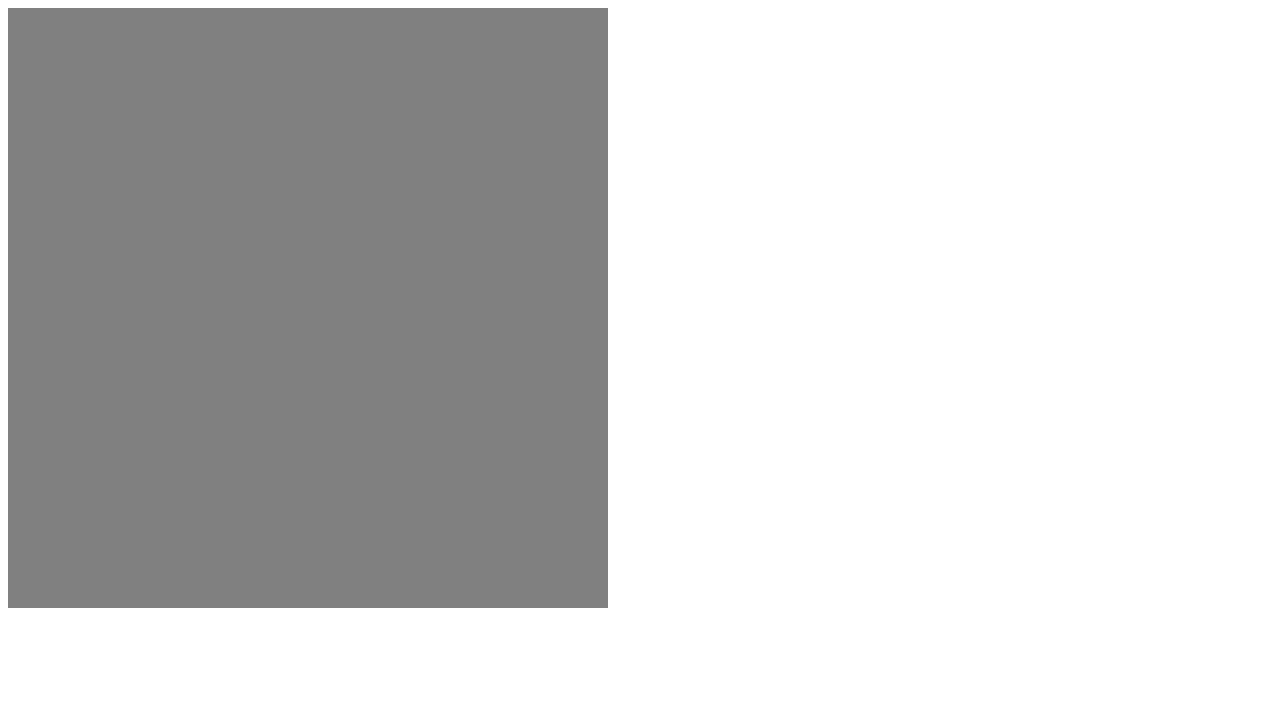
Repository: JoinGame-A36664/Build-House-WebGL
Page: index.html
An editor plug-in stored every save of this project. The page is shown before and after the next save, followed by the edit.
The browser window is 1280 px wide. The pictures show the whole page.

Above is the page before, as saved 2021-10-24 20:51:17.
Console error: TypeError: Cannot set properties of null (setting 'onchange')

After the next save:
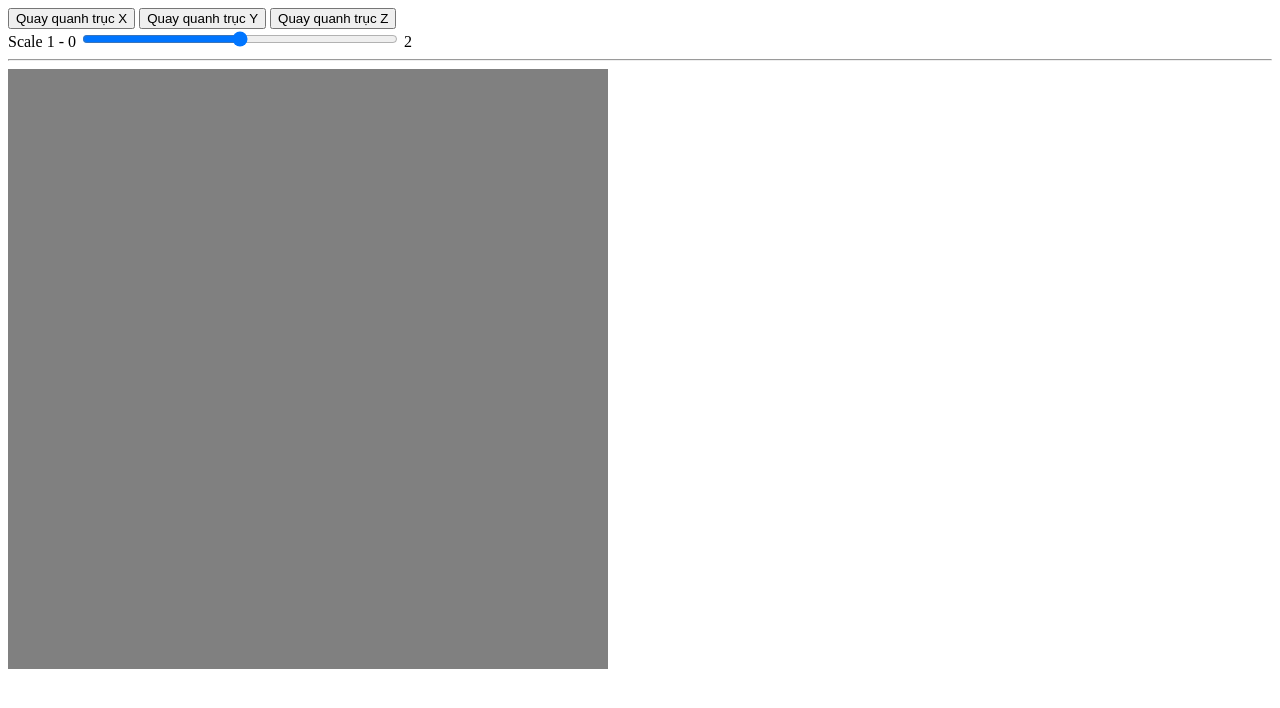
Saved 3 min 18 s later.
--- a/index.html
+++ b/index.html
@@ -33,6 +33,23 @@
 	</head>
 
 	<body>
+		<button id="turn-x">Quay quanh trục X</button>
+		<button id="turn-y">Quay quanh trục Y</button>
+		<button id="turn-z">Quay quanh trục Z</button>
+		<div>
+			Scale <span id="show-scale">1</span> - 0
+			<input
+				id="scale"
+				type="range"
+				min="0"
+				max="2"
+				step="0.1"
+				value="1.0"
+				style="width: 25%"
+			/>
+			2
+		</div>
+		<hr />
 		<canvas id="gl-canvas" width="600" height="600">
 			Oops ... your browser doesn't support the HTML5 canvas element
 		</canvas>
